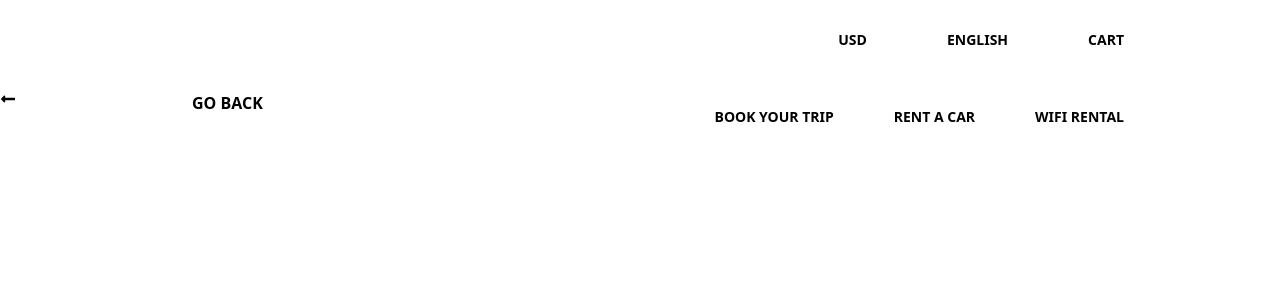
Repository: uh-sman/Iceland
Page: /
An editor plug-in stored every save of this project. The page is shown before and after the next save, followed by the edit.
The browser window is 1280 px wide. The pictures show the whole page.
The project was rebuilt for these pictures with package versions that can differ from the ones it lists, and the page was loaded fresh each time.

Above is the page before, as saved 2022-09-08 21:04:13.

### src/App.js
import logo from "./logo.svg";
import "./App.css";
import { Topnav } from "./components/Topnav";
import { FullNav } from "./components/FullNav";

function App() {
  return (
    <div className="App">
      <FullNav />
    </div>
  );
}

export default App;

### src/components/Topnav.js
import React from "react";

export const Topnav = () => {
  return (
    <div className="container w-full py-[30px]">
      <nav className="absolute right-[156px]">
        <ul className="space-x-20 text-sm font-semibold">
          <a href="">USD</a>
          <a href="">ENGLISH</a>
          <a href="">CART</a>
        </ul>
      </nav>
    </div>
  );
};

### src/components/FullNav.jsx
import React from "react";
import { Bottomnav } from "./Bottomnav";
import { Topnav } from "./Topnav";

export const FullNav = () => {
  return (
    <div>
      <Topnav />
      <Bottomnav />
    </div>
  );
};

### src/components/Bottomnav.js
import React from "react";
import { FaLongArrowAltLeft } from "react-icons/fa";
export const Bottomnav = () => {
  return (
    <nav className="container w-full">
      <div className="py-[31px]">
        <div className="container">
          <h1 className="flex">
            <FaLongArrowAltLeft />
            <a className="absolute left-[192px] cursor-pointer font-semibold text-md">
              GO BACK
            </a>
          </h1>
        </div>
        <div className="container">
          <div className="absolute right-[156px]">
            <ul className="space-x-[60px] text-sm font-semibold cursor-pointer">
              <a>BOOK YOUR TRIP</a>
              <a>RENT A CAR</a>
              <a>WIFI RENTAL</a>
            </ul>
          </div>
        </div>
      </div>
    </nav>
  );
};

### tailwind.config.js
/** @type {import('tailwindcss').Config} */
module.exports = {
  content: ["./src/**/*.{html,js,jsx}"],
  theme: {
    screens: {
      sm: "480px",
      md: "768px",
      lg: "976px",
      xl: "1440px",
    },
    extend: {},
  },
  plugins: [],
};

Loaded but not shown: public/index.html (common file); src/index.js (common file); src/index.css (common file); src/App.css (common file)

After the next save:
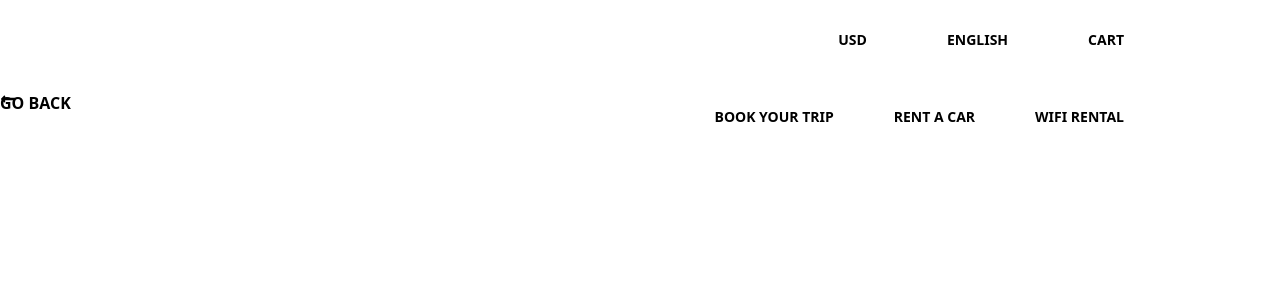
Saved 54 s later.
--- a/src/components/Bottomnav.js
+++ b/src/components/Bottomnav.js
@@ -5,9 +5,9 @@
     <nav className="container w-full">
       <div className="py-[31px]">
         <div className="container">
-          <h1 className="flex">
+          <h1 className="flex ">
             <FaLongArrowAltLeft />
-            <a className="absolute left-[192px] cursor-pointer font-semibold text-md">
+            <a className="absolute  cursor-pointer font-semibold text-md">
               GO BACK
             </a>
           </h1>

After the save that followed:
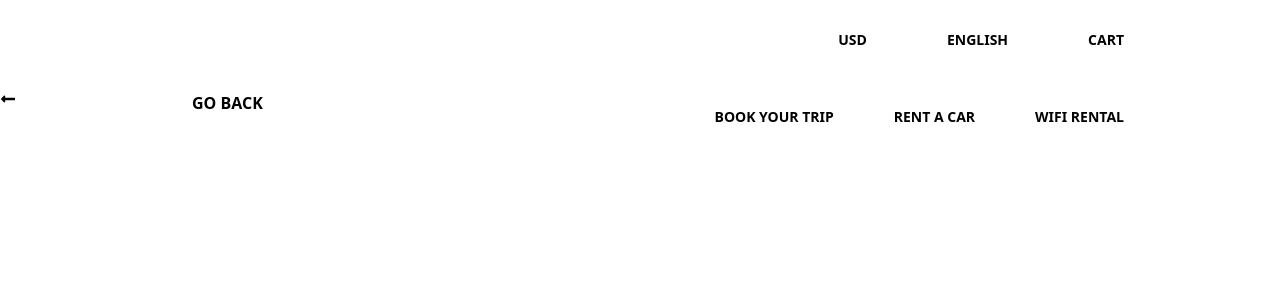
Saved 14 s later.
--- a/src/components/Bottomnav.js
+++ b/src/components/Bottomnav.js
@@ -7,7 +7,7 @@
         <div className="container">
           <h1 className="flex ">
             <FaLongArrowAltLeft />
-            <a className="absolute  cursor-pointer font-semibold text-md">
+            <a className="absolute left-[192px] cursor-pointer font-semibold text-md">
               GO BACK
             </a>
           </h1>
